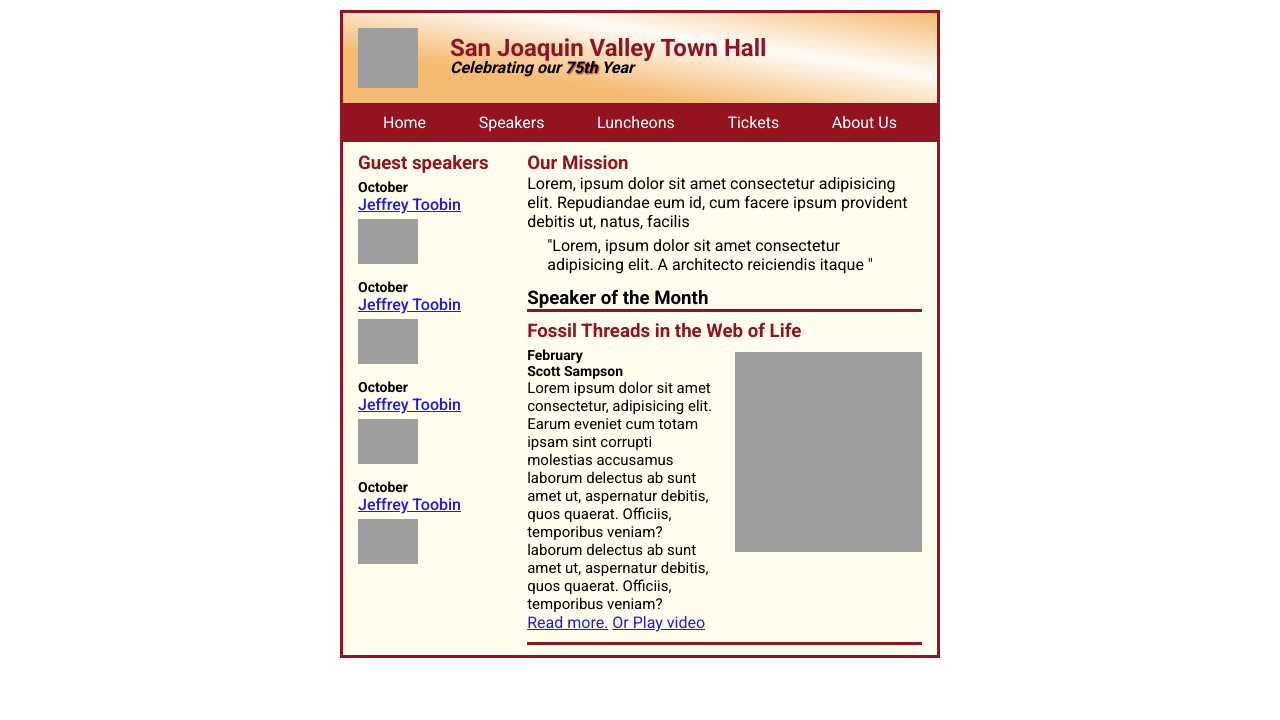
Repository: Mannj-nef/ex-5-6-7-8_IvVettech
Page: index.html
The author's editor kept a copy of each file at every save. The page is drawn from the files as they stood at one save, then again after the next save.
The browser window is 1280 px wide. The pictures show the whole page.
Pictures or frames that could not be fetched are drawn as grey boxes.

Above is the page before, as saved 2022-03-24 23:04:19.

After the next save:
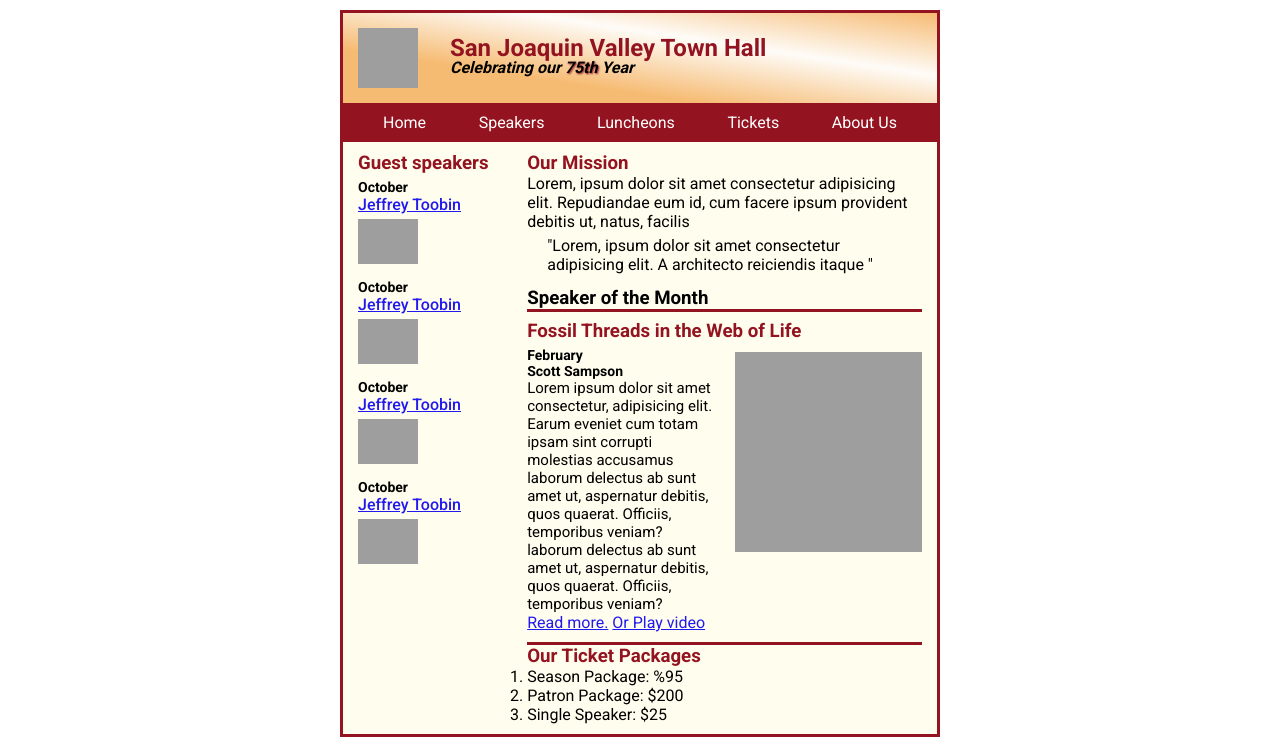
Saved 2 min 52 s later.
--- a/index.html
+++ b/index.html
@@ -151,6 +151,14 @@
               </div>
             </div>
           </div>
+          <div class="content-right__foot">
+            <h3 class="content-title">Our Ticket Packages</h3>
+            <ol>
+              <li>Season Package: %95</li>
+              <li>Patron Package: $200</li>
+              <li>Single Speaker: $25</li>
+            </ol>
+          </div>
         </div>
       </section>
     </div>
